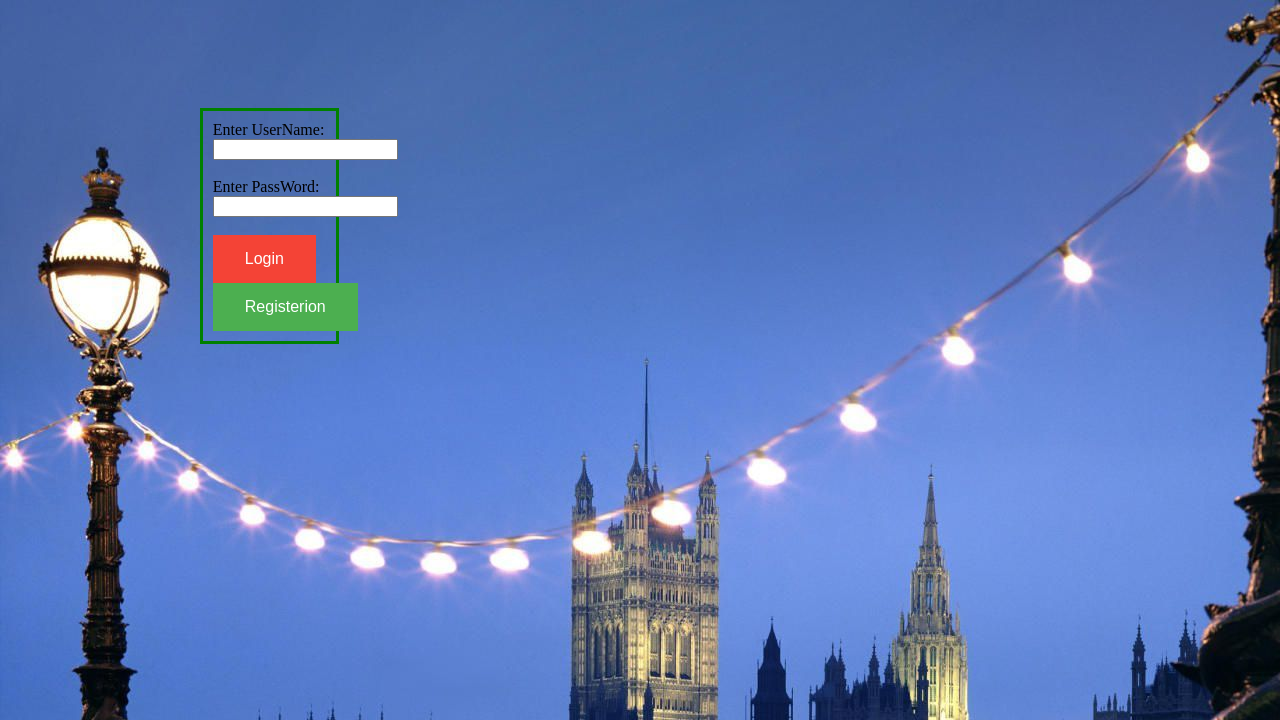
Repository: srikanthModugu/jdbc-servlet-jsp
Page: SutudentRegistration/WebContent/LoginPage.html
An editor plug-in stored every save of this project. The page is shown before and after the next save, followed by the edit.
The browser window is 1280 px wide. The pictures show the whole page.

Above is the page before, as saved 2017-10-03 05:38:29.

### SutudentRegistration/WebContent/LoginPage.html
<!DOCTYPE html>
<html>
<head>
<style type="text/css">
.button {
    background-color: #4CAF50; /* Green */
    border: none;
    color: white;
    padding: 15px 32px;
    text-align: center;
    text-decoration: none;
    display: inline-block;
    font-size: 16px;
}
 .center {
    margin: auto;
    width: 35%;
    border: 3px solid green;
    padding: 10px;
    top: 20px;
}
.button1 {background-color: #f44336;}
</style>
<meta charset="UTF-8">
<title>Insert title here</title>
</head>

<body  background="secongBg.jpg">
<div
						style="float: left; margin-left: 100px; margin-top: 100px;">
<form action="login" method="get" class="center">

Enter UserName:<input type="text" name="Uname"/><br><br>
Enter PassWord:<input type="text" name="passWord"/><br><br>
 <input class="button button1" type="submit" value="Login"/>
  <button class="button" type="submit" formaction="Registration.html">Registerion</button>

</form>
</div>
</body>
</html>

After the next save:
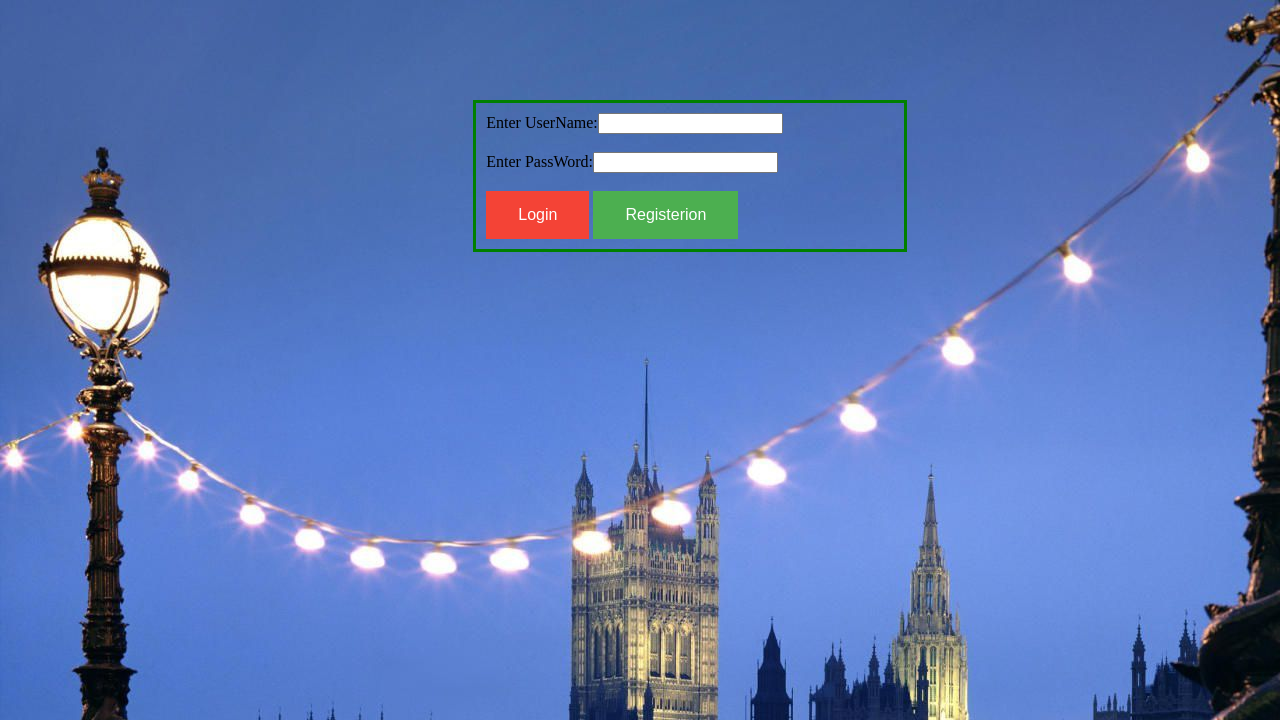
Saved 17 s later.
--- a/SutudentRegistration/WebContent/LoginPage.html
+++ b/SutudentRegistration/WebContent/LoginPage.html
@@ -27,7 +27,7 @@
 
 <body  background="secongBg.jpg">
 <div
-						style="float: left; margin-left: 100px; margin-top: 100px;">
+						style=" margin-left: 100px; margin-top: 100px;">
 <form action="login" method="get" class="center">
 
 Enter UserName:<input type="text" name="Uname"/><br><br>
